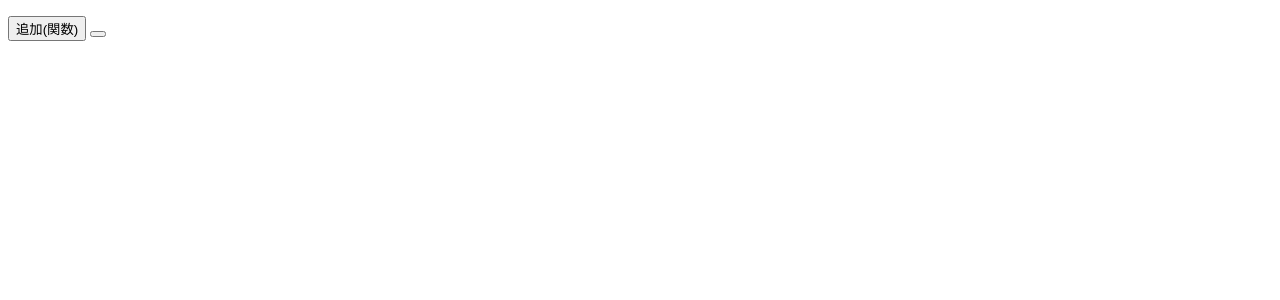
Repository: hubiot/todo01
Page: index.html
The author's editor kept a copy of each file at every save. The page is drawn from the files as they stood at one save, then again after the next save.
The browser window is 1280 px wide. The pictures show the whole page.

Above is the page before, as saved 2020-04-28 11:52:08.

After the next save:
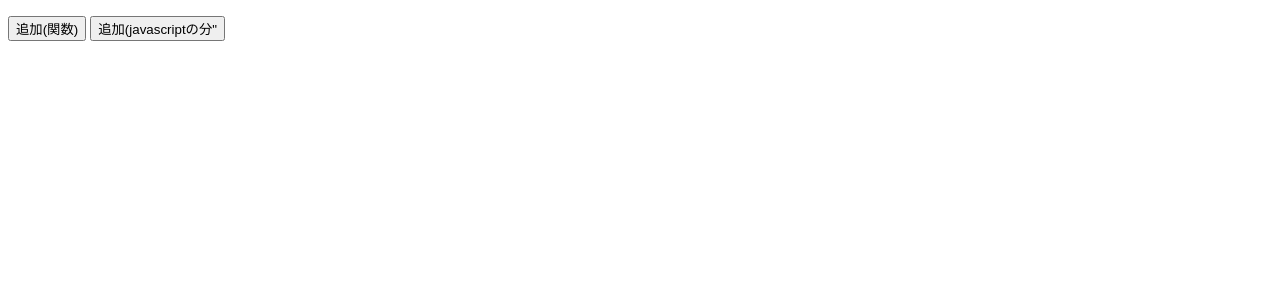
Saved 24 s later.
--- a/index.html
+++ b/index.html
@@ -9,7 +9,7 @@
 <div id="app">
   <p>{{counter}}</p>
   <button v-on:click="add">追加(関数)</button>
-  <button v-on:click="counter++"></button>
+  <button v-on:click="counter++">追加(javascriptの分"</button>
 </div>
 <script src="https://unpkg.com/vue/dist/vue.js"></script>
 <script src="./app1.js"></script>
